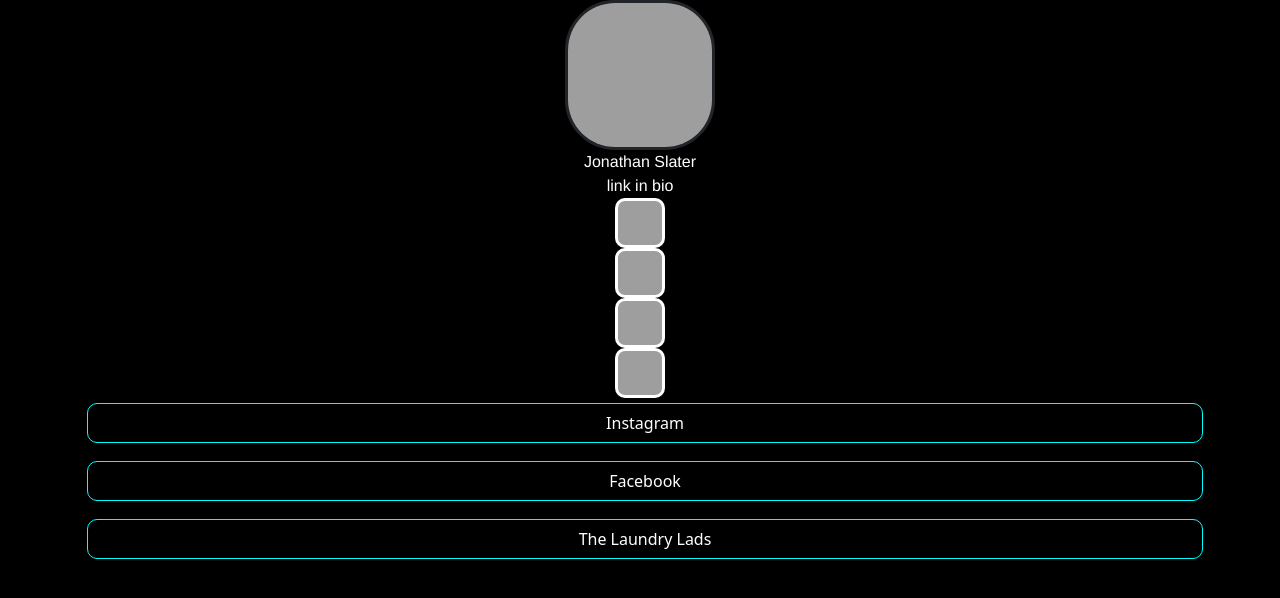
Repository: jontslater/LAB-link-in-bio
Page: index.html
An editor plug-in stored every save of this project. The page is shown before and after the next save, followed by the edit.
The browser window is 1280 px wide. The pictures show the whole page.
Pictures or frames that could not be fetched are drawn as grey boxes.

Above is the page before, as saved 2023-10-15 15:05:01.

After the next save:
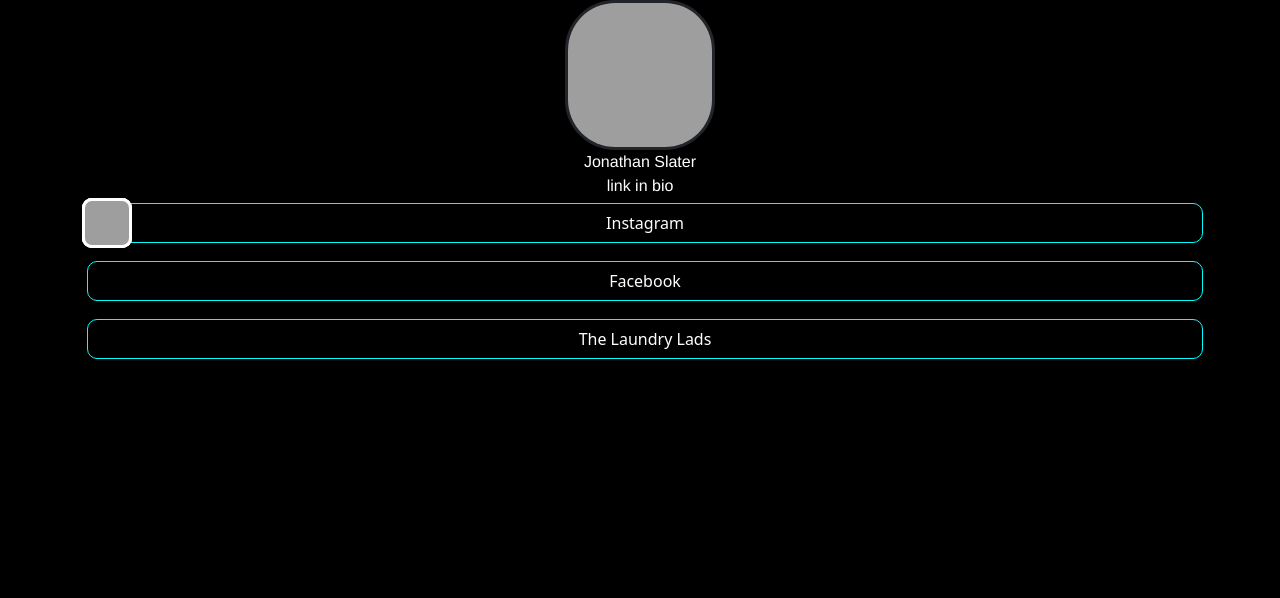
Saved 65 s later.
--- a/main.css
+++ b/main.css
@@ -47,5 +47,5 @@
   border-style: solid;
   display: block;
   margin: auto;
-  flex-wrap: wrap;
+  position: absolute;
 }
